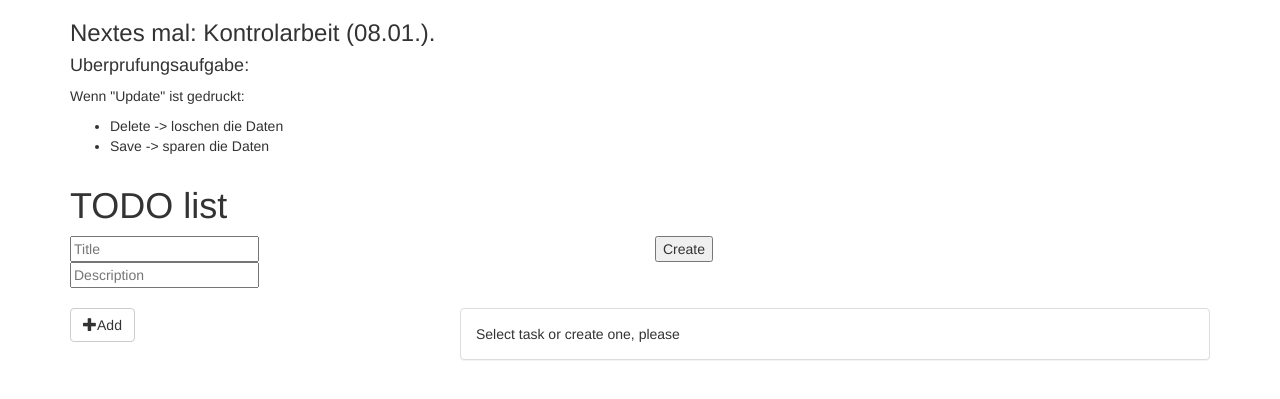
Repository: 3phase/my-ip-2015-2016
Page: 04_SampleAjax/WebContent/index.html
The author's editor kept a copy of each file at every save. The page is drawn from the files as they stood at one save, then again after the next save.
The browser window is 1280 px wide. The pictures show the whole page.
The page's requests for data from a server got no answer.

Above is the page before, as saved 2015-12-18 16:39:40.

### 04_SampleAjax/WebContent/index.html
<!DOCTYPE html>
<html>
	<head>
		<meta charset="utf-8">
		<title>Todo</title>

		<link rel="stylesheet" href="libs/bootstrap-3.3.6-dist/css/bootstrap.css" />
	</head>
	<body>
	<div class="container">
		<h3>Nextes mal: Kontrolarbeit (08.01.). </h3>
		<h4>Uberprufungsaufgabe: </h4>
		<p>Wenn "Update" ist gedruckt:</p>
		<ul>
			<li>Delete -> loschen die Daten</li>
			<li>Save -> sparen die Daten</li>
		</ul>
	</div>
		<div class="container">
			<h1>TODO list</h1>
			<div class="row">
				<div class="col-sm-6">
					<input type="text" class="title" placeholder="Title"><br>
					<input type="text" class="description" placeholder="Description">
				</div>
				<div class="col-sm-6">
					<input type="submit" class="submit" value="Create">
				</div>
			</div>
			<div class="clear"></div>
			<br>
			<div class="row">
				<div class="col-sm-3">
					<div class="form-group">
						<button type="button" class="btn btn-default" id="addTaskButton"><span class="glyphicon glyphicon-plus"></span>Add</button>
					</div>
					<ul class="list-group" id="tasksList">
						<!--
						<li class="list-group-item">task1</li>
						<li class="list-group-item">task2</li>
						<li class="list-group-item">task3</li>
						-->
					</ul>
				</div>
				<div class="col-sm-offset-1 col-sm-8">
					<div class="panel panel-default" id="emptyPanel">
						<div class="panel-body">
							Select task or create one, please
						</div>
					</div>

					<div class="panel panel-default" id="readPanel" style="display: none;">
						<div class="panel-heading task-title"></div>
						<div class="panel-body">
							<form class="form-horizontal">
								<div class="form-group">
									<label class="col-sm-2">Title</label>
									<div class="col-sm-10 task-title"></div>
								</div>
								<div class="form-group">
									<label class="col-sm-2">Description</label>
									<pre class="col-sm-10 task-description"></pre>
								</div>
								<div class="form-group">
									<div class="col-sm-offset-2 col-sm-5">
										<button type="button" class="btn btn-primary task-action-ok">Edit</button>
										<button type="button" class="btn btn-default task-action-cancel">Cancel</button>
									</div>
									<div class="col-sm-offset-3 col-sm-2">
										<button type="button" class="btn btn-danger task-action-remove">Delete</button>
									</div>
								</div>
							</form>
						</div>
					</div>

					<div class="panel panel-default" id="updatePanel" style="display: none;">
						<div class="panel-heading task-title">Edit task</div>
						<div class="panel-body">
							<form class="form-horizontal">
								<div class="form-group">
									<label class="col-sm-2">Title</label>
									<div class="col-sm-10">
										<input type="text" name="title" class="form-control"/>
									</div>
								</div>
								<div class="form-group">
									<label class="col-sm-2">Description</label>
									<div class="col-sm-10">
										<textarea name="description" rows="8" cols="40" class="form-control"></textarea>
									</div>
								</div>
								<div class="form-group">
									<div class="col-sm-offset-2 col-sm-10">
										<button type="button" class="btn btn-primary task-action-ok">Save</button>
										<button type="button" class="btn btn-default task-action-cancel">Cancel</button>
									</div>
								</div>
							</form>
						</div>
					</div>
					<div class="panel panel-default" id="createPanel" style="display: none;">
						<div class="panel-heading">Create Task</div>
						<div class="panel-body">
							<form class="form-horizontal">
								<div class="form-group">
									<label class="col-sm-2">Title</label>
									<div class="col-sm-10">
										<input type="text" name="title" class="form-control "/>
									</div>
								</div>
								<div class="form-group">
									<label class="col-sm-2">Description</label>
									<div class="col-sm-10">
										<textarea name="description" rows="8" cols="40" class="form-control"></textarea>
									</div>
								</div>
								<div class="form-group">
									<div class="col-sm-offset-2 col-sm-10">
										<button type="button" class="btn btn-primary task-action-ok">OK</button>
										<button type="button" class="btn btn-default task-action-cancel">Cancel</button>
									</div>
								</div>
							</form>
						</div>
					</div>

				</div>
			</div>
		</div>

		<script type="text/javascript" src="libs/jquery-2.1.4.js"></script>
		<script type="text/javascript" src="libs/lodash-3.10.1.js"></script>
		<script type="text/javascript" src="scripts/todoList.js"></script>
	</body>
</html>

### 04_SampleAjax/WebContent/scripts/todoList.js
$(document).ready(function() {
	"use strict";

	// class hand-written
	function written() {
		$(".submit").on("click", function() {
			var ENDPOINT = "http://localhost:3000/tasks";
			var title = $(".title").val();
			var descr = $(".description").val();

			var task = {
				title: title,
				description: descr
			};

			$.ajax(ENDPOINT, {
				method: "POST",
				contentType: "application/json; charset=utf-8",
				data: JSON.stringify(task),
				dataType: "json"
			}).then(function(response){
				console.log(response);
				return response
			});
		});
	}
	// end

	var ENDPOINT = "http://localhost:3000/tasks";


	function showTaskView(task) {
		$("#readPanel .task-title").text(task.title);
		$("#readPanel .task-description").text(task.description);
		showPanel("readPanel")
	}

	function getSingleTask(id) {
		return $.ajax(ENDPOINT + "/" + id, {
			method: "GET",
			dataType: "json"
		});
	}

	function getAllTasks() {
		return $.ajax(ENDPOINT, {
			method: "GET",
			dataType: "json"
		})
	}

	function showPanel(panelName) {
		var ALL_PANELS = ["emptyPanel", "readPanel", "updatePanel", "createPanel"];
		_.forEach(ALL_PANELS, function(nextValue) {
				$("#" + nextValue).hide();
		});
		$("#" + panelName).show();
	}

	function reloadTasks() {
		getAllTasks().then(function(response) {
			function addTaskToList(task) {
				var newItem = $("<li />");
				newItem.text(task.title);
				newItem.addClass("list-group-item");
				newItem.attr("data-task-id", task.id);
				$("#tasksList").append(newItem);
			}

			$("#tasksList").html("");
			_.forEach(response, addTaskToList);

		});
	}

	function attachHandlers() {
		$(document).on("click", "#tasksList [data-task-id]", function() {
			var taskId = $(this).attr("data-task-id");

			getSingleTask(taskId).then(showTaskView);	// showTaskView -> receiving one arg from then

		});
		$(".task-action-cancel").click(function() {
			showPanel("emptyPanel");
		});
	}

	attachHandlers();
	reloadTasks();

});

Loaded but not shown: 04_SampleAjax/WebContent/libs/bootstrap-3.3.6-dist/css/bootstrap.css (library); 04_SampleAjax/WebContent/libs/jquery-2.1.4.js (library); 04_SampleAjax/WebContent/libs/lodash-3.10.1.js (library)

After the next save:
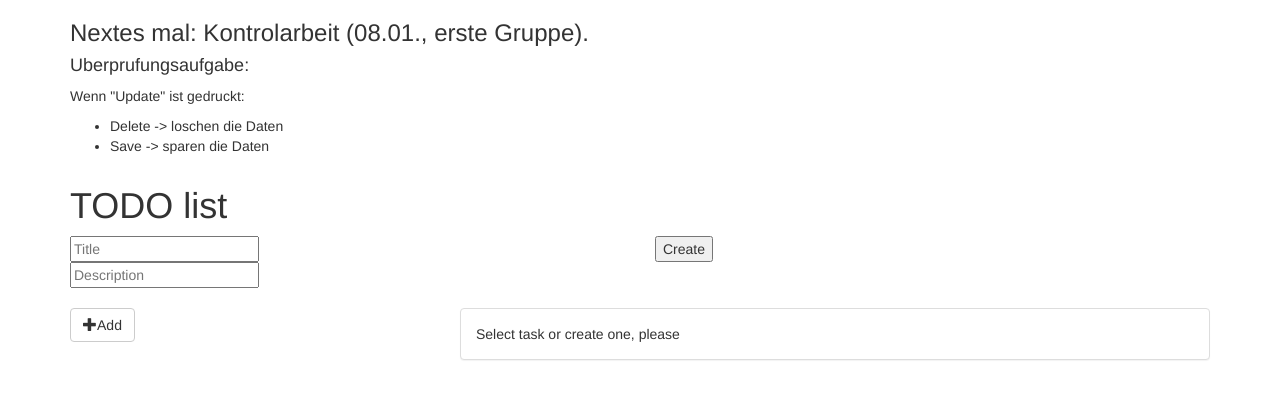
Saved 27 s later.
--- a/04_SampleAjax/WebContent/index.html
+++ b/04_SampleAjax/WebContent/index.html
@@ -8,7 +8,7 @@
 	</head>
 	<body>
 	<div class="container">
-		<h3>Nextes mal: Kontrolarbeit (08.01.). </h3>
+		<h3>Nextes mal: Kontrolarbeit (08.01., erste Gruppe). </h3>
 		<h4>Uberprufungsaufgabe: </h4>
 		<p>Wenn "Update" ist gedruckt:</p>
 		<ul>
